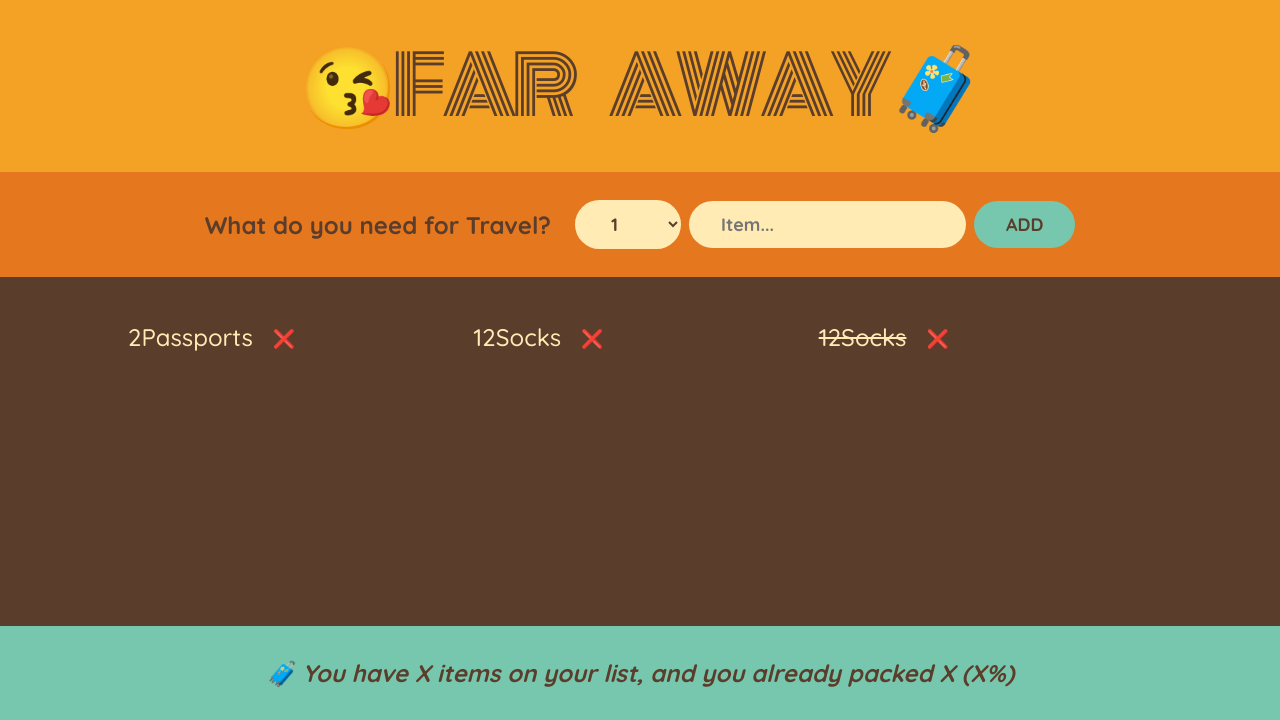
Repository: masamichan/Travel-list
Page: /
These files come from the project's save history. The page is drawn as it stood at one moment and after the next save; the edit follows.
The browser window is 1280 px wide. The pictures show the whole page.
The project was rebuilt for these pictures with package versions that can differ from the ones it lists, and the page was loaded fresh each time.

Above is the page before, as saved 2024-01-02 11:55:13.

After the next save:
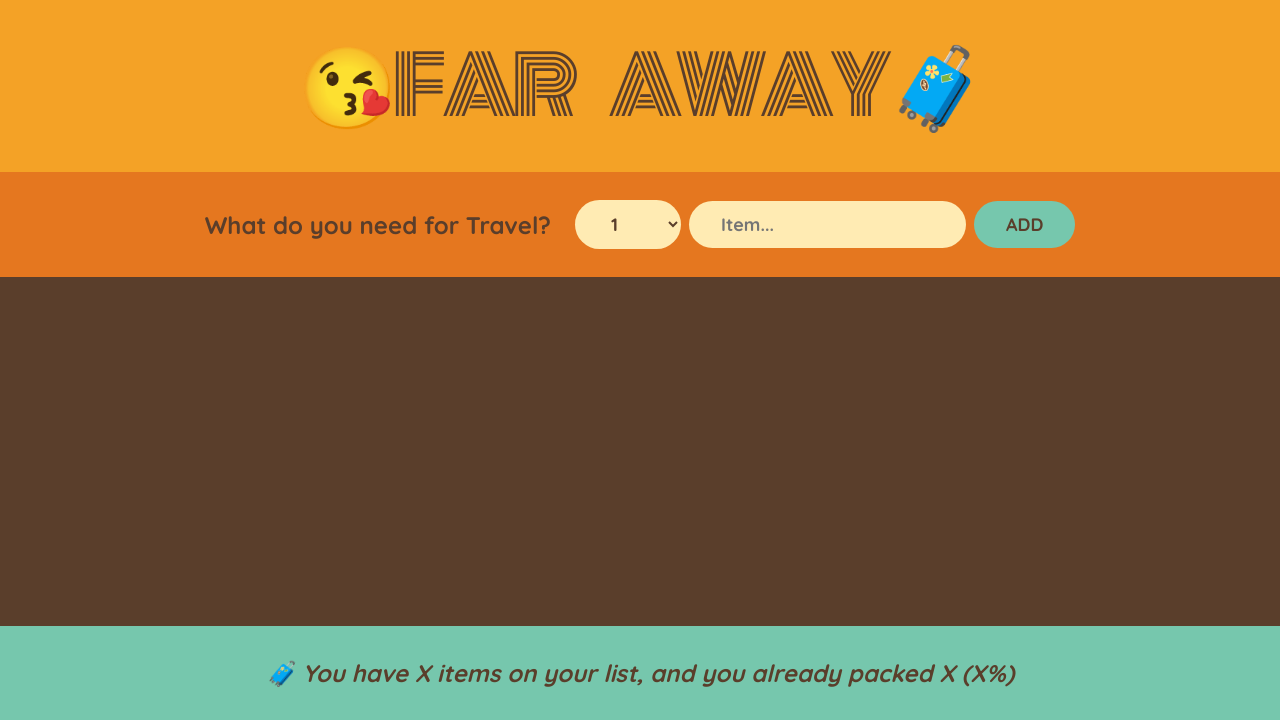
Saved 111 s later.
--- a/src/App.js
+++ b/src/App.js
@@ -66,11 +66,11 @@
   );
 }
 
-function PackingList() {
+function PackingList({ items }) {
   return (
     <div className="list">
       <ul>
-        {initialItems.map((item) => (
+        {items.map((item) => (
           <Item item={item} key={item.id} />
         ))}
       </ul>
